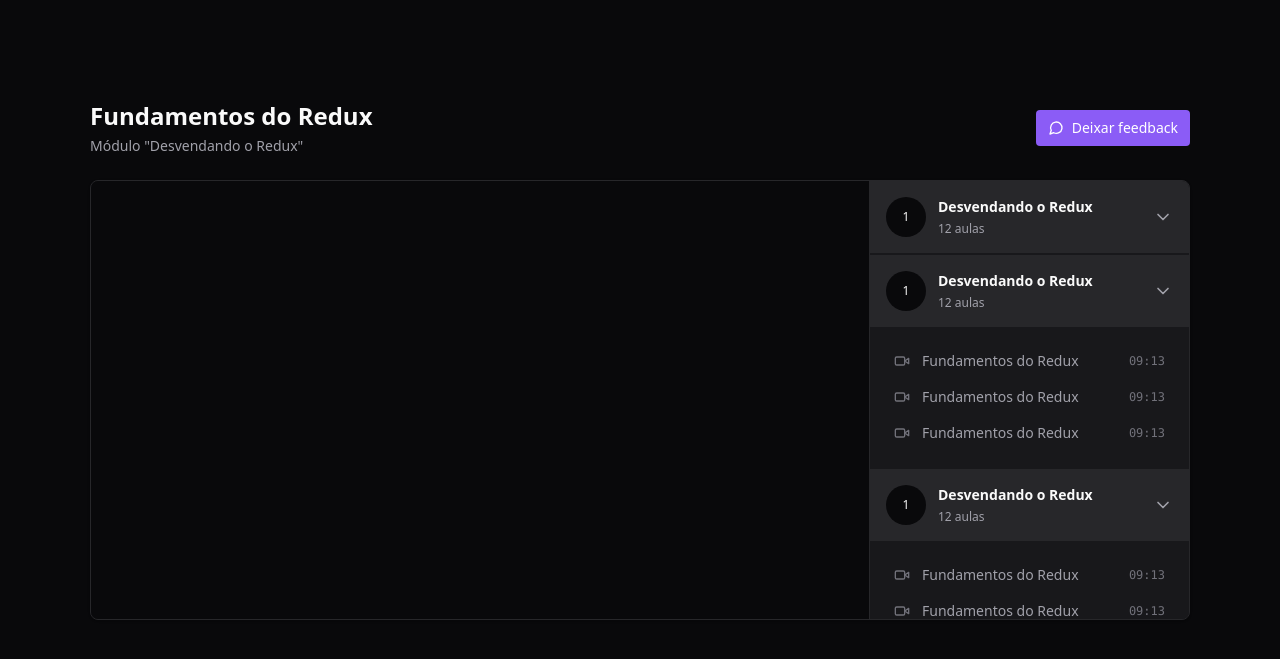
Repository: guilhermecardoso93/react-redux-zustand
Page: /
An editor plug-in stored every save of this project. The page is shown before and after the next save, followed by the edit.
The browser window is 1280 px wide. The pictures show the whole page.
The project was rebuilt for these pictures with package versions that can differ from the ones it lists, and the page was loaded fresh each time. Also part of the build but not shown: vite.config.ts.

Above is the page before, as saved 2023-06-28 20:26:01.

### src/main.tsx
import React from 'react'
import ReactDOM from 'react-dom/client'
import { App } from './App.tsx'

import './styles/global.css'

ReactDOM.createRoot(document.getElementById('root') as HTMLElement).render(
  <React.StrictMode>
    <App />
  </React.StrictMode>,
)

### src/App.tsx
import { Provider as ReduxProvider } from "react-redux";
import { store } from "./store";
import { Player } from "./pages/Player";

export function App() {

  return (
    <ReduxProvider store={store}>
      <Player />
    </ReduxProvider>
  )
}

### src/store/index.ts
import { configureStore, createSlice } from "@reduxjs/toolkit";
import { TypedUseSelectorHook, useSelector } from "react-redux";

export const store = configureStore({
  reducer: {},
});

export type RootState = ReturnType<typeof store.getState>;
export const useAppSelector: TypedUseSelectorHook<RootState> = useSelector;

### src/pages/Player.tsx
import { Header } from "../components/Header";
import { PlayerVideo } from "../components/PlayerVideo";
import { FeedBackButton } from "../components/FeedBackButton";
import { ChevronDown, Video } from "lucide-react";

export function Player() {
  return (
    <div className="h-screen bg-zinc-950 text-zinc-50 flex justify-center items-center">
      <div className="flex w-[1100px] flex-col gap-6">
        <div className="flex items-center justify-between">
          {/* Header */}
          <Header />
          <FeedBackButton />
        </div>

        <main className="relative flex overflow-hidden rounded-lg border border-zinc-800 bg-zinc-900 shadow pr-80">
          <div className="flex-1">
            <PlayerVideo />
          </div>
          <aside className="w-80 absolute top-0 bottom-0 right-0 border-l divide-y-2 divide-zinc-900 border-zinc-800 bg-zinc-900 overflow-y-scroll scrollbar scrollbar-thin scrollbar-track-zinc-950 scrollbar-thumb-zinc-800">
            <div>
              <button className="flex w-full items-center gap-3 bg-zinc-800 p-4">
                <div className="flex h-10 w-10 rounded-full items-center justify-center bg-zinc-950 text-xs">
                  1
                </div>

                <div className="flex flex-col gap-1 text-left">
                  <strong className="text-sm">Desvendando o Redux</strong>
                  <span className="text-xs text-zinc-400">12 aulas</span>
                </div>

                <ChevronDown className="w-5 h-5 ml-auto text-zinc-400" />
              </button>
            </div>

            <div>
              <button className="flex w-full items-center gap-3 bg-zinc-800 p-4">
                <div className="flex h-10 w-10 rounded-full items-center justify-center bg-zinc-950 text-xs">
                  1
                </div>

                <div className="flex flex-col gap-1 text-left">
                  <strong className="text-sm">Desvendando o Redux</strong>
                  <span className="text-xs text-zinc-400">12 aulas</span>
                </div>

                <ChevronDown className="w-5 h-5 ml-auto text-zinc-400" />
              </button>

              <nav className="relative flex flex-col gap-4 p-6">
                <button className="flex items-center gap-3 text-sm text-zinc-400">
                  <Video className="w-4 h-4 text-zinc-500" />
                  <span>Fundamentos do Redux</span>
                  <span className="ml-auto font-mono text-xs text-zinc-500">
                    09:13
                  </span>
                </button>

                <button className="flex items-center gap-3 text-sm text-zinc-400">
                  <Video className="w-4 h-4 text-zinc-500" />
                  <span>Fundamentos do Redux</span>
                  <span className="ml-auto font-mono text-xs text-zinc-500">
                    09:13
                  </span>
                </button>

                <button className="flex items-center gap-3 text-sm text-zinc-400">
                  <Video className="w-4 h-4 text-zinc-500" />
                  <span>Fundamentos do Redux</span>
                  <span className="ml-auto font-mono text-xs text-zinc-500">
                    09:13
                  </span>
                </button>
              </nav>
            </div>

            <div>
              <button className="flex w-full items-center gap-3 bg-zinc-800 p-4">
                <div className="flex h-10 w-10 rounded-full items-center justify-center bg-zinc-950 text-xs">
                  1
                </div>

                <div className="flex flex-col gap-1 text-left">
                  <strong className="text-sm">Desvendando o Redux</strong>
                  <span className="text-xs text-zinc-400">12 aulas</span>
                </div>

                <ChevronDown className="w-5 h-5 ml-auto text-zinc-400" />
              </button>

              <nav className="relative flex flex-col gap-4 p-6">
                <button className="flex items-center gap-3 text-sm text-zinc-400">
                  <Video className="w-4 h-4 text-zinc-500" />
                  <span>Fundamentos do Redux</span>
                  <span className="ml-auto font-mono text-xs text-zinc-500">
                    09:13
                  </span>
                </button>

                <button className="flex items-center gap-3 text-sm text-zinc-400">
                  <Video className="w-4 h-4 text-zinc-500" />
                  <span>Fundamentos do Redux</span>
                  <span className="ml-auto font-mono text-xs text-zinc-500">
                    09:13
                  </span>
                </button>

                <button className="flex items-center gap-3 text-sm text-zinc-400">
                  <Video className="w-4 h-4 text-zinc-500" />
                  <span>Fundamentos do Redux</span>
                  <span className="ml-auto font-mono text-xs text-zinc-500">
                    09:13
                  </span>
                </button>
              </nav>
            </div>
          </aside>
        </main>
      </div>
    </div>
  );
}

### src/components/Header.tsx
export function Header() {
  return (
    <div className="flex flex-col gap-1">
      <h1 className="text-2xl font-bold">Fundamentos do Redux</h1>
      <span className="text-sm text-zinc-400">
        Módulo "Desvendando o Redux"
      </span>
    </div>
  );
}

### src/components/PlayerVideo.tsx
import ReactPlayer from "react-player";

export function PlayerVideo() {
  return (
    <div className="w-full bg-zinc-950 aspect-video">
      <ReactPlayer
        width="100%"
        height="100%"
        controls
        url="https://www.youtube.com/watch?v=Jai8w6K_GnY"
      />
    </div>
  );
}

### src/components/FeedBackButton.tsx
import { MessageCircle } from "lucide-react";

export function FeedBackButton() {
  return (
    <button className="flex items-center gap-2 rounded bg-violet-500 px-3 py-2 text-sm font-medium text-white hover:bg-violet-600">
      <MessageCircle className="w-4 h-4" />
      Deixar feedback
    </button>
  );
}

### tailwind.config.js
/** @type {import('tailwindcss').Config} */
export default {
  content: [
    './src/**/*.tsx',
  ],
  theme: {
    extend: {},
  },
  plugins: [
    // eslint-disable-next-line no-undef
    require('tailwind-scrollbar')
  ],
}

### src/components/Module.tsx
import { ChevronDown } from "lucide-react";
import { Lesson } from "./Lesson";

interface ModuleProps {
  moduleIndex: number;
  title: string;
  amountOfLessons: number;
}

export function Module({ moduleIndex, title, amountOfLessons }: ModuleProps) {
  return (
    <div>
      <button className="flex w-full items-center gap-3 bg-zinc-800 p-4">
        <div className="flex h-10 w-10 rounded-full items-center justify-center bg-zinc-950 text-xs">
          {moduleIndex + 1}
        </div>

        <div className="flex flex-col gap-1 text-left">
          <strong className="text-sm">{title}</strong>
          <span className="text-xs text-zinc-400">{amountOfLessons} aulas</span>
        </div>

        <ChevronDown className="w-5 h-5 ml-auto text-zinc-400" />
      </button>

      <nav className="relative flex flex-col gap-4 p-6">
        <Lesson title="Fundamentos do Redux" duration="09:13" />
        <Lesson title="Fundamentos do Redux" duration="09:13" />
        <Lesson title="Fundamentos do Redux" duration="09:13" />
      </nav>
    </div>
  );
}

### src/components/Lesson.tsx
import { Video } from "lucide-react";

interface LessonProps {
  title: string;
  duration: string;
}

export function Lesson({ title, duration }: LessonProps) {
  return (
    <button className="flex items-center gap-3 text-sm text-zinc-400">
      <Video className="w-4 h-4 text-zinc-500" />
      <span>{title}</span>
      <span className="ml-auto font-mono text-xs text-zinc-500">
        {duration}
      </span>
    </button>
  );
}

Loaded but not shown: src/styles/global.css (common file)

After the next save:
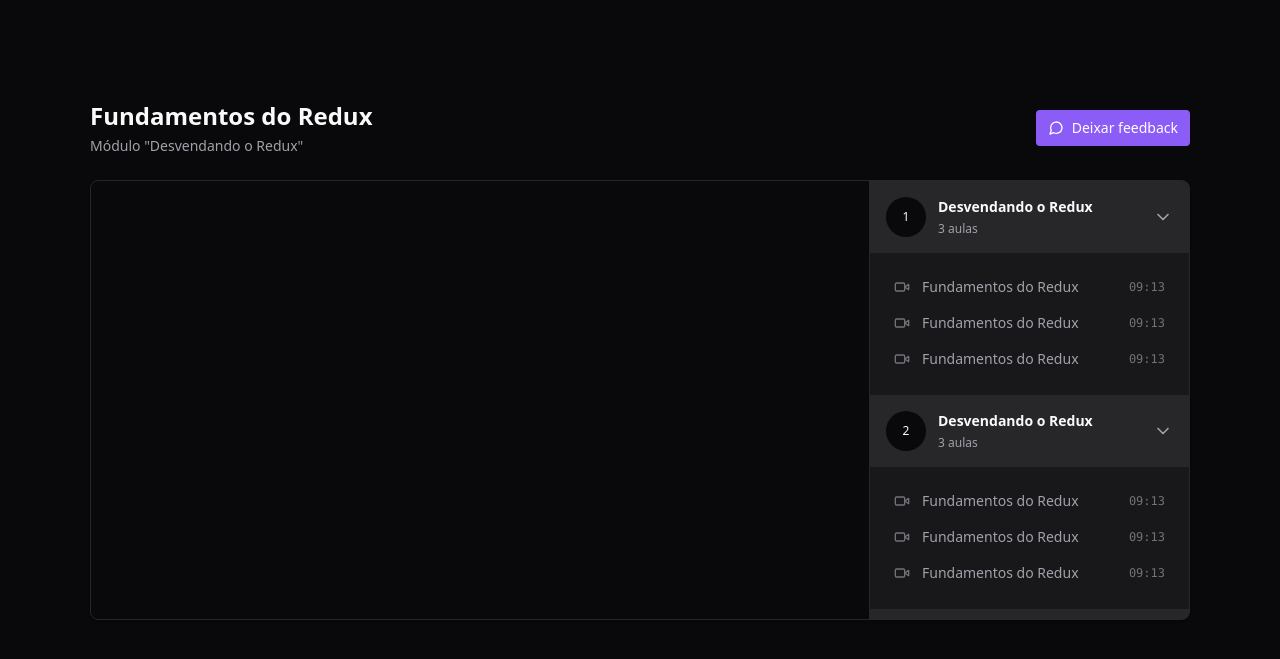
Saved 76 s later.
--- a/src/pages/Player.tsx
+++ b/src/pages/Player.tsx
@@ -1,15 +1,15 @@
 import { Header } from "../components/Header";
 import { PlayerVideo } from "../components/PlayerVideo";
 import { FeedBackButton } from "../components/FeedBackButton";
-import { ChevronDown, Video } from "lucide-react";
+import { Module } from "../components/Module";
 
 export function Player() {
   return (
     <div className="h-screen bg-zinc-950 text-zinc-50 flex justify-center items-center">
       <div className="flex w-[1100px] flex-col gap-6">
         <div className="flex items-center justify-between">
-          {/* Header */}
           <Header />
+
           <FeedBackButton />
         </div>
 
@@ -18,102 +18,21 @@
             <PlayerVideo />
           </div>
           <aside className="w-80 absolute top-0 bottom-0 right-0 border-l divide-y-2 divide-zinc-900 border-zinc-800 bg-zinc-900 overflow-y-scroll scrollbar scrollbar-thin scrollbar-track-zinc-950 scrollbar-thumb-zinc-800">
-            <div>
-              <button className="flex w-full items-center gap-3 bg-zinc-800 p-4">
-                <div className="flex h-10 w-10 rounded-full items-center justify-center bg-zinc-950 text-xs">
-                  1
-                </div>
-
-                <div className="flex flex-col gap-1 text-left">
-                  <strong className="text-sm">Desvendando o Redux</strong>
-                  <span className="text-xs text-zinc-400">12 aulas</span>
-                </div>
-
-                <ChevronDown className="w-5 h-5 ml-auto text-zinc-400" />
-              </button>
-            </div>
-
-            <div>
-              <button className="flex w-full items-center gap-3 bg-zinc-800 p-4">
-                <div className="flex h-10 w-10 rounded-full items-center justify-center bg-zinc-950 text-xs">
-                  1
-                </div>
-
-                <div className="flex flex-col gap-1 text-left">
-                  <strong className="text-sm">Desvendando o Redux</strong>
-                  <span className="text-xs text-zinc-400">12 aulas</span>
-                </div>
-
-                <ChevronDown className="w-5 h-5 ml-auto text-zinc-400" />
-              </button>
-
-              <nav className="relative flex flex-col gap-4 p-6">
-                <button className="flex items-center gap-3 text-sm text-zinc-400">
-                  <Video className="w-4 h-4 text-zinc-500" />
-                  <span>Fundamentos do Redux</span>
-                  <span className="ml-auto font-mono text-xs text-zinc-500">
-                    09:13
-                  </span>
-                </button>
-
-                <button className="flex items-center gap-3 text-sm text-zinc-400">
-                  <Video className="w-4 h-4 text-zinc-500" />
-                  <span>Fundamentos do Redux</span>
-                  <span className="ml-auto font-mono text-xs text-zinc-500">
-                    09:13
-                  </span>
-                </button>
-
-                <button className="flex items-center gap-3 text-sm text-zinc-400">
-                  <Video className="w-4 h-4 text-zinc-500" />
-                  <span>Fundamentos do Redux</span>
-                  <span className="ml-auto font-mono text-xs text-zinc-500">
-                    09:13
-                  </span>
-                </button>
-              </nav>
-            </div>
-
-            <div>
-              <button className="flex w-full items-center gap-3 bg-zinc-800 p-4">
-                <div className="flex h-10 w-10 rounded-full items-center justify-center bg-zinc-950 text-xs">
-                  1
-                </div>
-
-                <div className="flex flex-col gap-1 text-left">
-                  <strong className="text-sm">Desvendando o Redux</strong>
-                  <span className="text-xs text-zinc-400">12 aulas</span>
-                </div>
-
-                <ChevronDown className="w-5 h-5 ml-auto text-zinc-400" />
-              </button>
-
-              <nav className="relative flex flex-col gap-4 p-6">
-                <button className="flex items-center gap-3 text-sm text-zinc-400">
-                  <Video className="w-4 h-4 text-zinc-500" />
-                  <span>Fundamentos do Redux</span>
-                  <span className="ml-auto font-mono text-xs text-zinc-500">
-                    09:13
-                  </span>
-                </button>
-
-                <button className="flex items-center gap-3 text-sm text-zinc-400">
-                  <Video className="w-4 h-4 text-zinc-500" />
-                  <span>Fundamentos do Redux</span>
-                  <span className="ml-auto font-mono text-xs text-zinc-500">
-                    09:13
-                  </span>
-                </button>
-
-                <button className="flex items-center gap-3 text-sm text-zinc-400">
-                  <Video className="w-4 h-4 text-zinc-500" />
-                  <span>Fundamentos do Redux</span>
-                  <span className="ml-auto font-mono text-xs text-zinc-500">
-                    09:13
-                  </span>
-                </button>
-              </nav>
-            </div>
+            <Module
+              moduleIndex={0}
+              title="Desvendando o Redux"
+              amountOfLessons={3}
+            />
+            <Module
+              moduleIndex={1}
+              title="Desvendando o Redux"
+              amountOfLessons={3}
+            />
+            <Module
+              moduleIndex={2}
+              title="Desvendando o Redux"
+              amountOfLessons={3}
+            />
           </aside>
         </main>
       </div>
